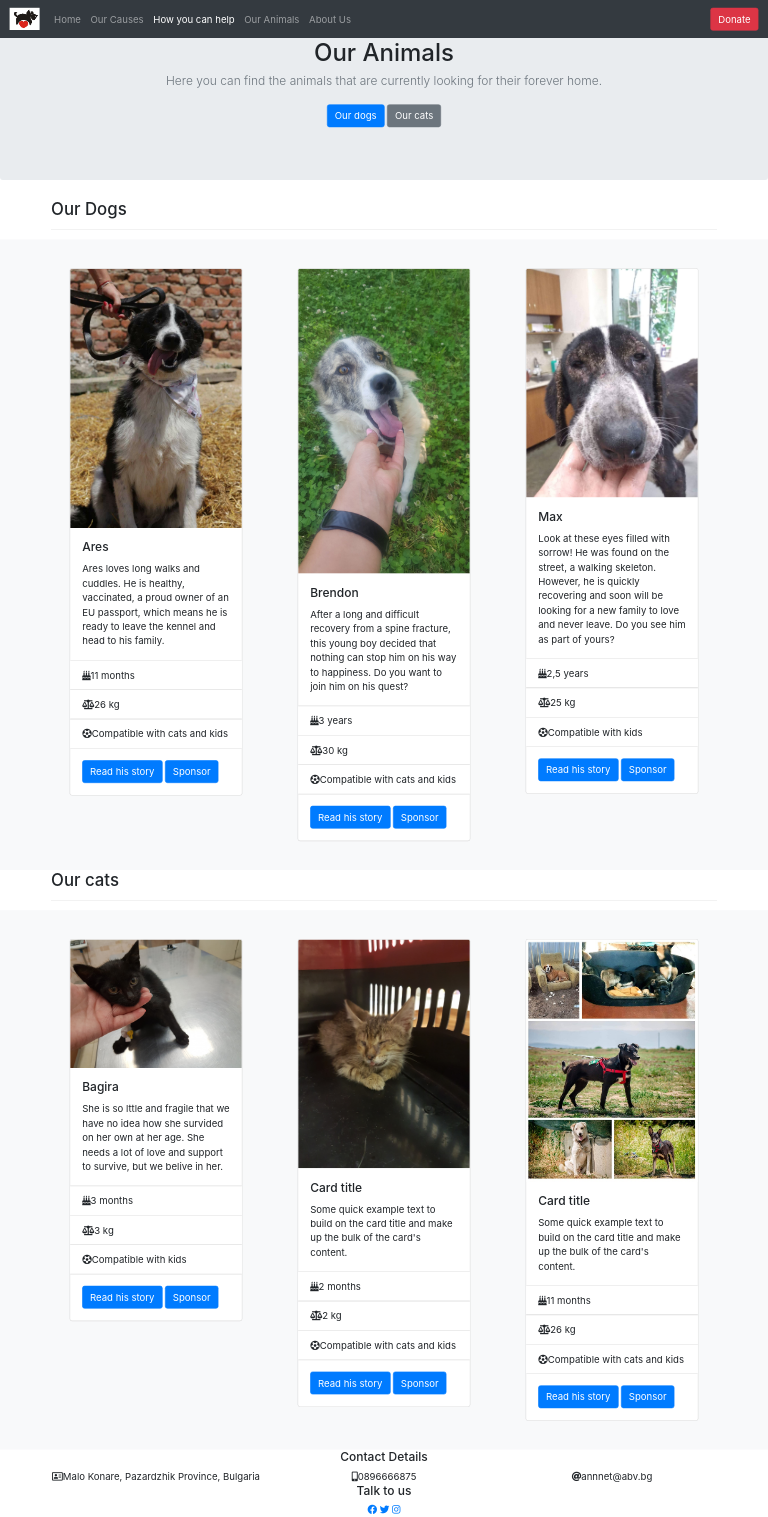
Repository: Naity17/PAW-first-website
Page: Our-Animals.html
The author's editor kept a record of every edit. The page is drawn from the files as they stood at one moment, then again after the next edit.
The browser window is 1280 px wide. The pictures show the whole page, at 60% of full size.
Some web libraries are served in a nearby version.

Above is the page before.
Console error: TypeError: Cannot read properties of undefined (reading 'fn')

### Our-Animals.html
<!DOCTYPE html>
<html lang="en">

<head>
    <meta charset="UTF-8">
    <meta name="viewport" content="width=device-width, initial-scale=1.0">
    <meta http-equiv="X-UA-Compatible" content="ie=edge">
    <link rel="stylesheet" href="https://stackpath.bootstrapcdn.com/bootstrap/4.3.1/css/bootstrap.min.css" integrity="sha384-ggOyR0iXCbMQv3Xipma34MD+dH/1fQ784/j6cY/iJTQUOhcWr7x9JvoRxT2MZw1T" crossorigin="anonymous">
    <link rel="stylesheet" href="https://use.fontawesome.com/releases/v5.9.0/css/all.css" integrity="sha384-i1LQnF23gykqWXg6jxC2ZbCbUMxyw5gLZY6UiUS98LYV5unm8GWmfkIS6jqJfb4E" crossorigin="anonymous">
    <script src="https://stackpath.bootstrapcdn.com/bootstrap/4.3.1/js/bootstrap.min.js" integrity="sha384-JjSmVgyd0p3pXB1rRibZUAYoIIy6OrQ6VrjIEaFf/nJGzIxFDsf4x0xIM+B07jRM" crossorigin="anonymous"></script>
    <link rel="stylesheet" href="assets/css/style.css" type="text/css" />
    <title>PAW - Pazardjik Animal Welfare</title>
</head>

<body>
    <header>
        <!-- ---------------NavBar-------------- -->
        <nav class="navbar navbar-expand-md navbar-dark fixed-top bg-dark">
            <a class="navbar-brand" href="index.html">
                <img src="assets/images/general/logo.jpg">
            </a>
            <button class="navbar-toggler collapsed" type="button" data-toggle="collapse" data-target="#navbarCollapse" aria-controls="navbarCollapse" aria-expanded="false" aria-label="Toggle navigation">
              <span class="navbar-toggler-icon"></span>
            </button>
            <div class="navbar-collapse collapse" id="navbarCollapse" style="">
                <ul class="navbar-nav mr-auto">
                    <li class="nav-item">
                        <a class="nav-link" href="#">Home</a>
                    </li>
                    <li class="nav-item">
                        <a class="nav-link" href="#">Our Causes</a>
                    </li>
                    <li class="nav-item active">
                        <a class="nav-link" href="#">How you can help</a>
                    </li>
                    <li class="nav-item">
                        <a class="nav-link" href="#">Our Animals<span class="sr-only">(current)</span></a>
                    </li>
                    <li class="nav-item">
                        <a class="nav-link" href="#">About Us</a>
                    </li>
                </ul>
                <button class="btn btn-danger navbar-btn">Donate</button>
            </div>
        </nav>
        <!-- ---------------End of NavBar-------------- -->
    </header>

    <!-- --------------Our Animals-------------- -->
    <section id="our-animals">
        <main role="main">
            <section class="jumbotron text-center">
                <div class="container">
                    <h1 class="jumbotron-heading">Our Animals</h1>
                    <p class="lead text-muted">Here you can find the animals that are currently looking for their forever home.</p>
                    <p>
                        <a href="#our-dogs-tag" class="btn btn-primary my-2">Our dogs</a>
                        <a href="#our-cats-tag" class="btn btn-secondary my-2">Our cats</a>
                    </p>
                </div>
            </section>
            <div class="container">
                <h3 id=our-dogs-tag>Our Dogs</h3>
                <hr>
            </div>
            <div class="album py-5 bg-light">
                <div class="container">
                    <div class="row">
                        <div class="col-md-6 col-lg-4 col-12 ">
                            <div class="card" style="width: 18rem; margin:0 auto;">
                                <img src="assets/images/dogs/ares-pic-1.jpg" class="card-img-top" alt="dog">
                                <div class="card-body">
                                    <h5 class="card-title">Ares</h5>
                                    <p class="card-text">Ares loves long walks and cuddles. He is healthy, vaccinated, a proud owner of an EU passport, which means he is ready to leave the kennel and head to his family.</p>
                                </div>
                                <ul class="list-group list-group-flush">
                                    <li class="list-group-item"><i class="fas fa-birthday-cake"></i>11 months</li>
                                    <li class="list-group-item"><i class="fas fa-balance-scale"></i>26 kg</li>
                                    <li class="list-group-item"><i class="fas fa-futbol"></i>Compatible with cats and kids</li>
                                </ul>
                                <div class="card-body">
                                    <a href="#" class="btn btn-md btn-primary">Read his story</a>
                                    <a href="#" class="btn btn-md btn-primary">Sponsor</a>
                                </div>
                            </div>
                        </div>
                        <div class="col-md-6 col-lg-4 col-12">
                            <div class="card" style="width: 18rem; margin:0 auto;">
                                <img src="assets/images/dogs/brendon-pic-1.jpg" class="card-img-top" alt="dog">
                                <div class="card-body">
                                    <h5 class="card-title">Brendon</h5>
                                    <p class="card-text">After a long and difficult recovery from a spine fracture, this young boy decided that nothing can stop him on his way to happiness. Do you want to join him on his quest?</p>
                                </div>
                                <ul class="list-group list-group-flush">
                                    <li class="list-group-item"><i class="fas fa-birthday-cake"></i>3 years</li>
                                    <li class="list-group-item"><i class="fas fa-balance-scale"></i>30 kg</li>
                                    <li class="list-group-item"><i class="fas fa-futbol"></i>Compatible with cats and kids</li>
                                </ul>
                                <div class="card-body">
                                    <a href="#" class="btn btn-md btn-primary">Read his story</a>
                                    <a href="#" class="btn btn-md btn-primary">Sponsor</a>
                                </div>
                            </div>
                        </div>
                        <div class="col-md-6 col-lg-4 col-12">
                            <div class="card" style="width: 18rem; margin:0 auto;">
                                <img src="assets/images/dogs/max-pic-1.jpg" class="card-img-top" alt="...">
                                <div class="card-body">
                                    <h5 class="card-title">Max</h5>
                                    <p class="card-text">Look at these eyes filled with sorrow! He was found on the street, a walking skeleton. However, he is quickly recovering and soon will be looking for a new family to love and never leave. Do you see him as part of yours?</p>
                                </div>
                                <ul class="list-group list-group-flush">
                                    <li class="list-group-item"><i class="fas fa-birthday-cake"></i>2,5 years</li>
                                    <li class="list-group-item"><i class="fas fa-balance-scale"></i>25 kg</li>
                                    <li class="list-group-item"><i class="fas fa-futbol"></i>Compatible with kids</li>
                                </ul>
                                <div class="card-body">
                                    <a href="#" class="btn btn-md btn-primary">Read his story</a>
                                    <a href="#" class="btn btn-md btn-primary">Sponsor</a>
                                </div>
                            </div>
                        </div>
                    </div>
                </div>
            </div>
            <div class="container">
                <h3 id=our-cats-tag>Our cats</h3>
                <hr>
            </div>
            <div class="album py-5 bg-light">
                <div class="container">
                    <div class="row">
                        <div class="col-md-4 col-12">
                            <div class="card" style="width: 18rem;margin:0 auto;">
                                <img src="assets/images/cats/bagira-pic-1.jpg" class="card-img-top" alt="black cat">
                                <div class="card-body">
                                    <h5 class="card-title">Bagira</h5>
                                    <p class="card-text">She is so lttle and fragile that we have no idea how she survided on her own at her age. She needs a lot of love and support to survive, but we belive in her.</p>
                                </div>
                                <ul class="list-group list-group-flush">
                                    <li class="list-group-item"><i class="fas fa-birthday-cake"></i>3 months</li>
                                    <li class="list-group-item"><i class="fas fa-balance-scale"></i>3 kg</li>
                                    <li class="list-group-item"><i class="fas fa-futbol"></i>Compatible with kids</li>
                                </ul>
                                <div class="card-body">
                                    <a href="#" class="btn btn-md btn-primary">Read his story</a>
                                    <a href="#" class="btn btn-md btn-primary">Sponsor</a>
                                </div>
                            </div>
                        </div>
                        <div class="col-md-4 col-12">
                            <div class="card" style="width: 18rem; margin:0 auto;">
                                <img src="assets/images/cats/kari-pic-1.jpg" class="card-img-top" alt="blind cat">
                                <div class="card-body">
                                    <h5 class="card-title">Card title</h5>
                                    <p class="card-text">Some quick example text to build on the card title and make up the bulk of the card's content.</p>
                                </div>
                                <ul class="list-group list-group-flush">
                                    <li class="list-group-item"><i class="fas fa-birthday-cake"></i>2 months</li>
                                    <li class="list-group-item"><i class="fas fa-balance-scale"></i>2 kg</li>
                                    <li class="list-group-item"><i class="fas fa-futbol"></i>Compatible with cats and kids</li>
                                </ul>
                                <div class="card-body">
                                    <a href="#" class="btn btn-md btn-primary">Read his story</a>
                                    <a href="#" class="btn btn-md btn-primary">Sponsor</a>
                                </div>
                            </div>
                        </div>

                        <div class="col-md-4 col-12">
                            <div class="card" style="width: 18rem; margin:0 auto;">
                                <img src="assets/images/general/carousel-3.jpg" class="card-img-top" alt="...">
                                <div class="card-body">
                                    <h5 class="card-title">Card title</h5>
                                    <p class="card-text">Some quick example text to build on the card title and make up the bulk of the card's content.</p>
                                </div>
                                <ul class="list-group list-group-flush">
                                    <li class="list-group-item"><i class="fas fa-birthday-cake"></i>11 months</li>
                                    <li class="list-group-item"><i class="fas fa-balance-scale"></i>26 kg</li>
                                    <li class="list-group-item"><i class="fas fa-futbol"></i>Compatible with cats and kids</li>
                                </ul>
                                <div class="card-body">
                                    <a href="#" class="btn btn-md btn-primary">Read his story</a>
                                    <a href="#" class="btn btn-md btn-primary">Sponsor</a>
                                </div>
                            </div>
                        </div>
                    </div>
                </div>
            </div>
        </main>
    </section>
    <footer class="container text-center footer-details">
        <div class="row">
            <div class="col-12">
                <h5>Contact Details</h5>
            </div>
        </div>
        <div id="contact-details-items" class="row ">
            <div class="col-4 address-item">
                <i class="far fa-address-card"></i>Malo Konare, Pazardzhik Province, Bulgaria
            </div>
            <div class="col-4 phone-number-item">
                <i class="fas fa-mobile-alt"></i>0896666875
            </div>
            <div class="col-4 email-item">
                <i class="fas fa-at"></i>annnet@abv.bg
            </div>
        </div>
        <div class="row" id="social-details">
            <div class="col-xs-12 col-sm-12 icons">
                <h5 class="uppercase general-sub">Talk to us</h5>
                <a href="https://www.facebook.com/PAW-Pazardjik-Animal-Welfare-134643483313391/" target="_blank"><i class="fab fa-facebook alignment"></i></a>
                <a href="https://twitter.com/ralito17?lang=en" target="_blank"><i class="fab fa-twitter alignment"></i></a>
                <a href="https://www.instagram.com/?hl=en" target="_blank"><i class="fab fa-instagram alignment"></i></a>
            </div>
        </div>
    </footer>
    <script src="https://code.jquery.com/jquery-3.3.1.slim.min.js" integrity="sha384-q8i/X+965DzO0rT7abK41JStQIAqVgRVzpbzo5smXKp4YfRvH+8abtTE1Pi6jizo" crossorigin="anonymous"></script>
    <script src="https://cdnjs.cloudflare.com/ajax/libs/popper.js/1.14.7/umd/popper.min.js" integrity="sha384-UO2eT0CpHqdSJQ6hJty5KVphtPhzWj9WO1clHTMGa3JDZwrnQq4sF86dIHNDz0W1" crossorigin="anonymous"></script>
    <script src="https://stackpath.bootstrapcdn.com/bootstrap/4.3.1/js/bootstrap.min.js" integrity="sha384-JjSmVgyd0p3pXB1rRibZUAYoIIy6OrQ6VrjIEaFf/nJGzIxFDsf4x0xIM+B07jRM" crossorigin="anonymous"></script>
</body>

</html>

### assets/css/style.css
@import url('https://fonts.googleapis.com/css?family=Open+Sans:400,400i,600,600i,700,700i|Source+Sans+Pro:300,300i,400,400i,600,600i,700,700i&display=swap&subset=cyrillic');

/*-------------------- Colors --------------------*/




.img {
  border-style: none;
  display: block;
  margin-left: auto;
  margin-right: auto;
}

After the next edit:
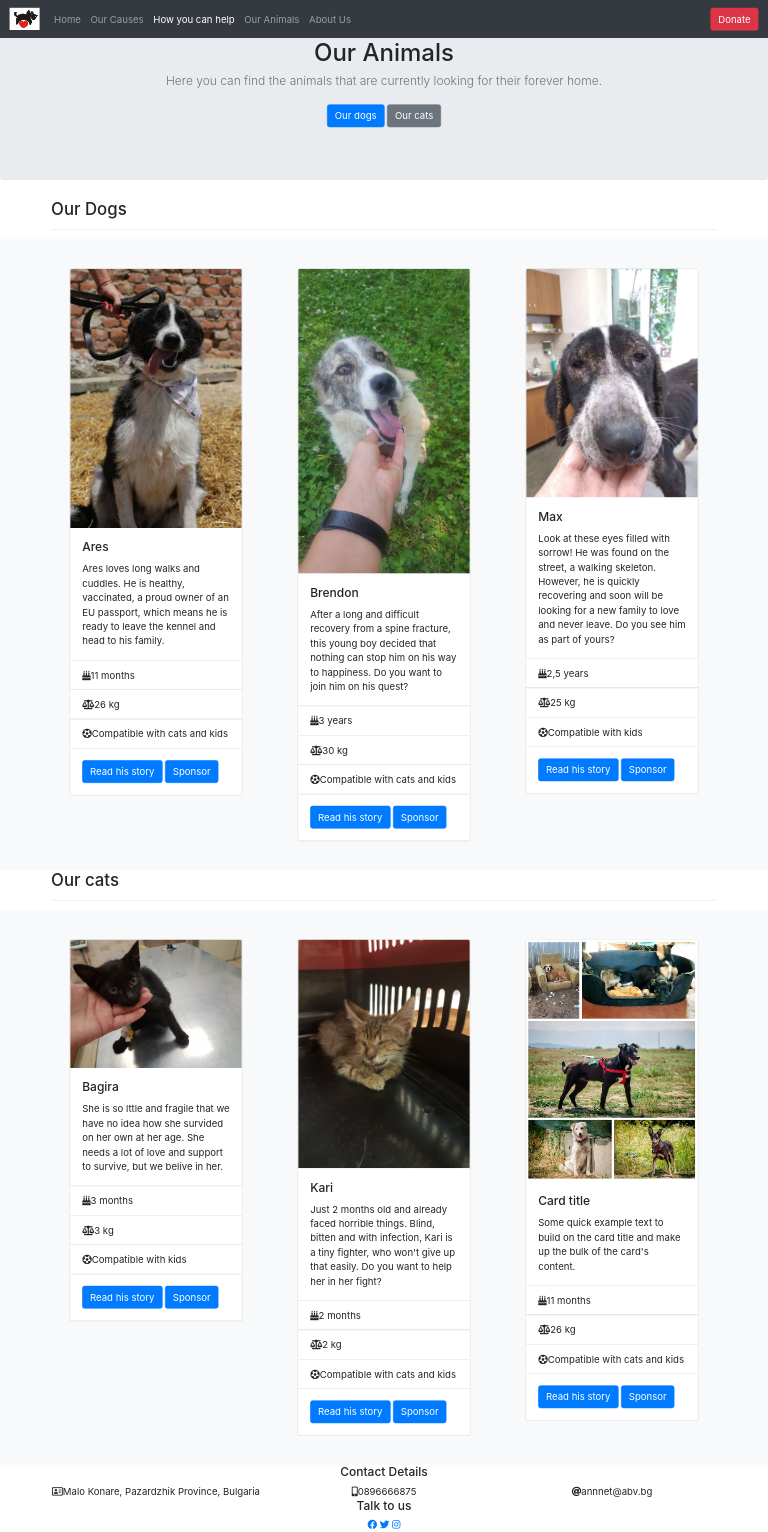
The edit:
--- a/Our-Animals.html
+++ b/Our-Animals.html
@@ -152,8 +152,8 @@
                             <div class="card" style="width: 18rem; margin:0 auto;">
                                 <img src="assets/images/cats/kari-pic-1.jpg" class="card-img-top" alt="blind cat">
                                 <div class="card-body">
-                                    <h5 class="card-title">Card title</h5>
-                                    <p class="card-text">Some quick example text to build on the card title and make up the bulk of the card's content.</p>
+                                    <h5 class="card-title">Kari</h5>
+                                    <p class="card-text">Just 2 months old and already faced horrible things. Blind, bitten and with infection, Kari is a tiny fighter, who won't give up that easily. Do you want to help her in her fight?</p>
                                 </div>
                                 <ul class="list-group list-group-flush">
                                     <li class="list-group-item"><i class="fas fa-birthday-cake"></i>2 months</li>
